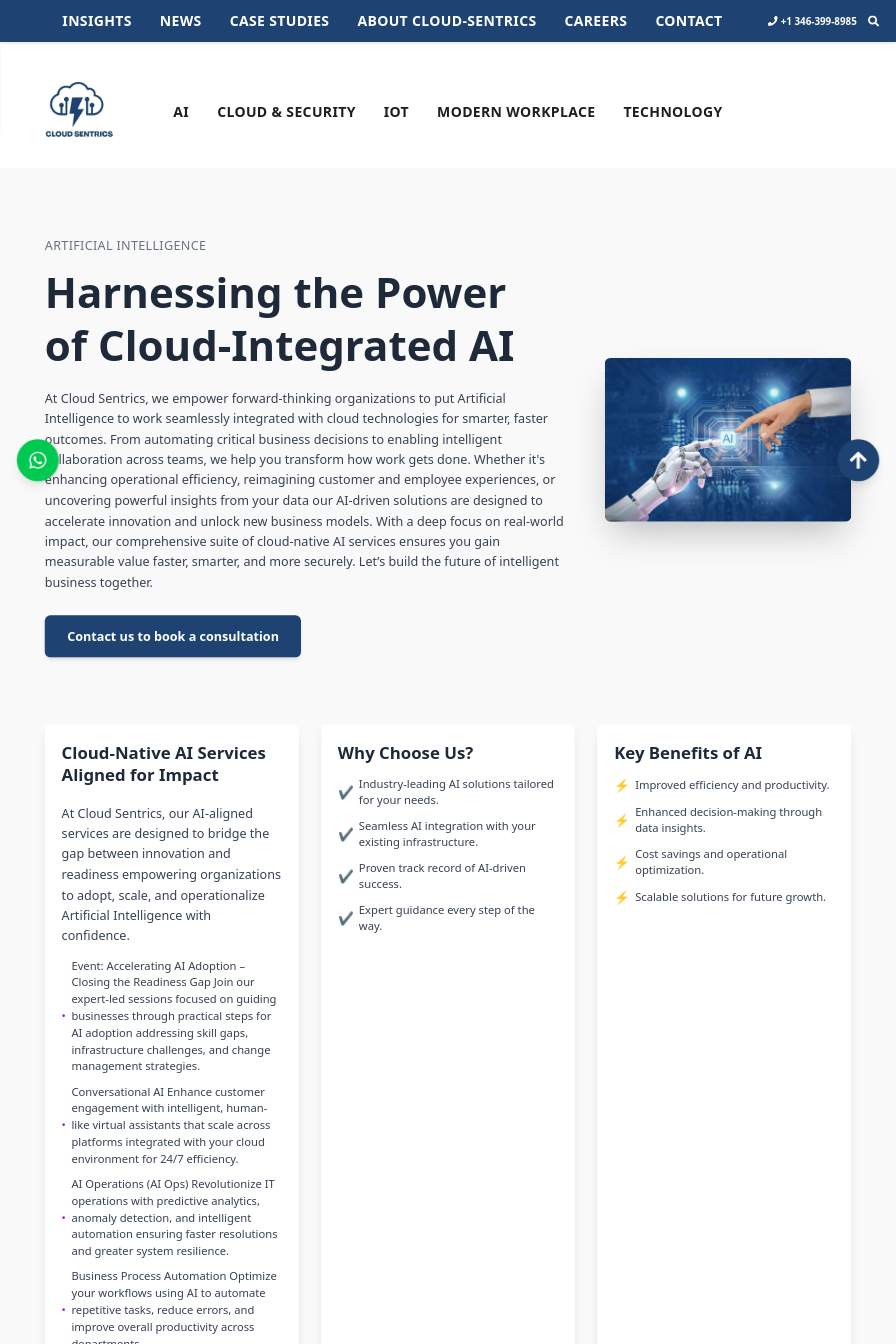
Repository: chykesure/cloudsentrics_
Page: /ai
These files come from the project's save history. The page is drawn as it stood at one moment and after a run of saves; the edit follows.
The browser window is 1280 px wide. The pictures show the part of the page from y = 0 to 1920 px (the page is 4520 px tall), at 70% of full size.
The page's requests for data from a server got no answer. The project was rebuilt for these pictures with package versions that can differ from the ones it lists, and the page was loaded fresh each time. No one was signed in, and anything a server would have sent is missing. Also part of the build but not shown: vite.config.js, src/pages/Header.jsx, src/pages/Footer.jsx, src/pages/students/Reviews.jsx, src/pages/students/Testimony.jsx, src/pages/students/TestimonyLanding.jsx, src/pages/LandingPage.jsx, src/pages/students/Header.jsx and 41 more.

Above is the page before, as saved 2025-04-09 20:18:10.

After the next 2 saves:
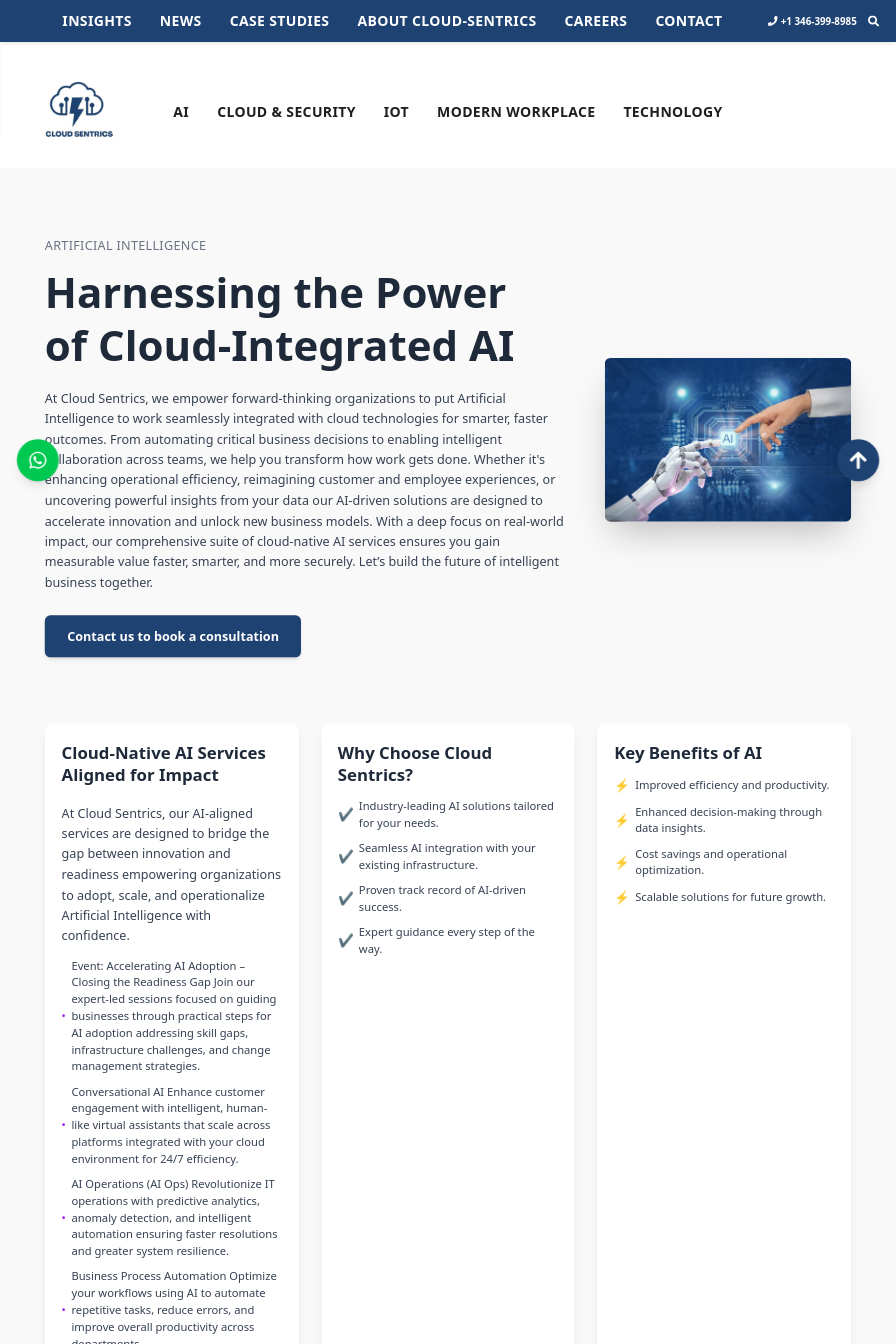
The 2 saves are shown as one change because they came seconds apart.
The last was saved 58 s later.
--- a/src/pages/partners/menu/ai.jsx
+++ b/src/pages/partners/menu/ai.jsx
@@ -134,7 +134,7 @@
 
                         {/* Why Choose Us? */}
                         <div className="bg-white p-6 rounded-lg shadow-lg border-gray-200 hover:scale-105 hover:shadow-xl flex-shrink-0 w-full">
-                            <h4 className="text-2xl font-semibold text-gray-800">Why Choose Us?</h4>
+                            <h4 className="text-2xl font-semibold text-gray-800">Why Choose Cloud Sentrics?                            </h4>
                             <ul className="mt-4 space-y-3 text-gray-700">
                                 {[
                                     "Industry-leading AI solutions tailored for your needs.",
